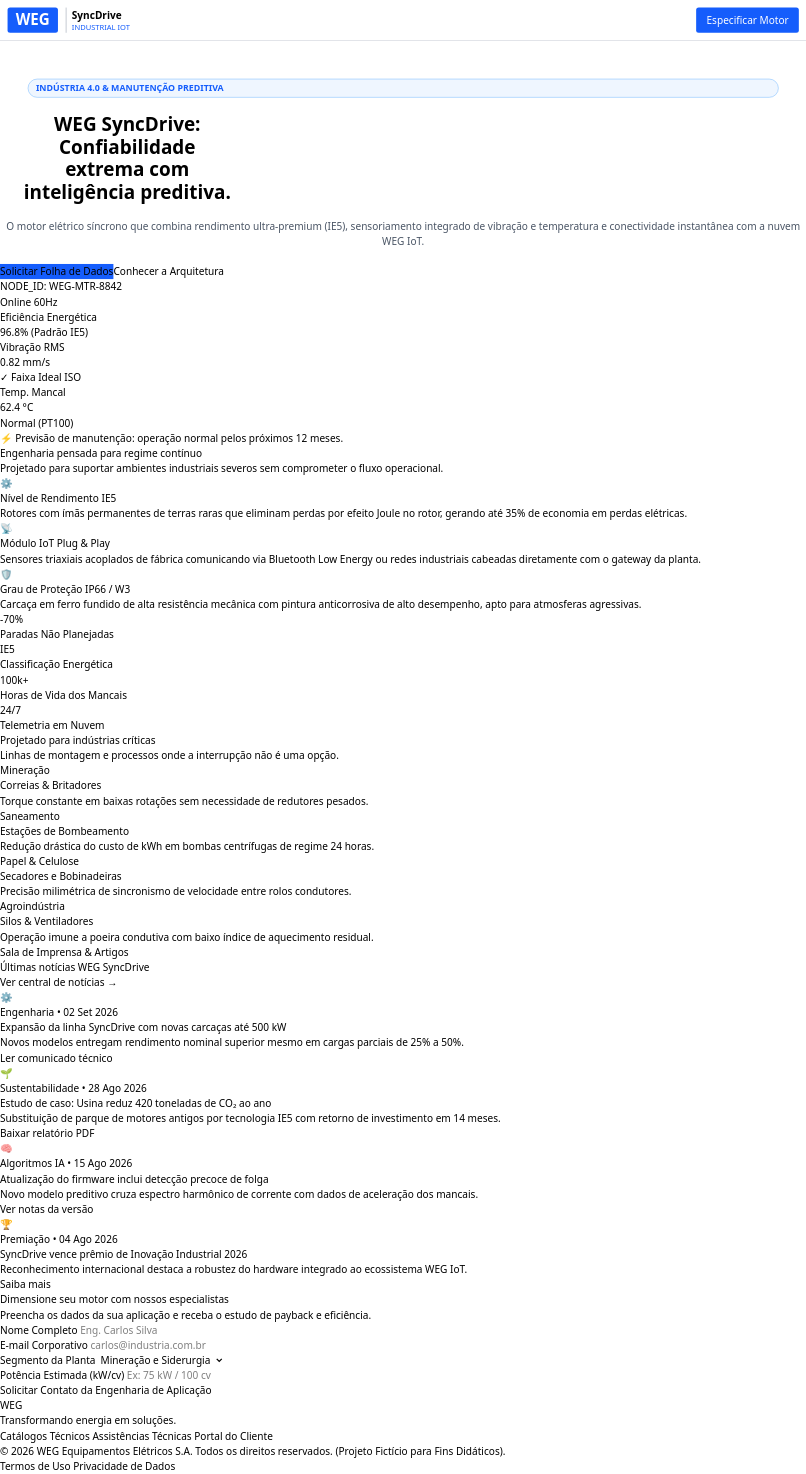
Repository: camilewng/Exercicio-Tailwind
Page: index.html
These files come from the project's save history. The page is drawn as it stood at one moment and after the next save; the edit follows.
The browser window is 1280 px wide. The pictures show the whole page, at 63% of full size.

Above is the page before, as saved 2026-09-08 19:30:28.

After the next save:
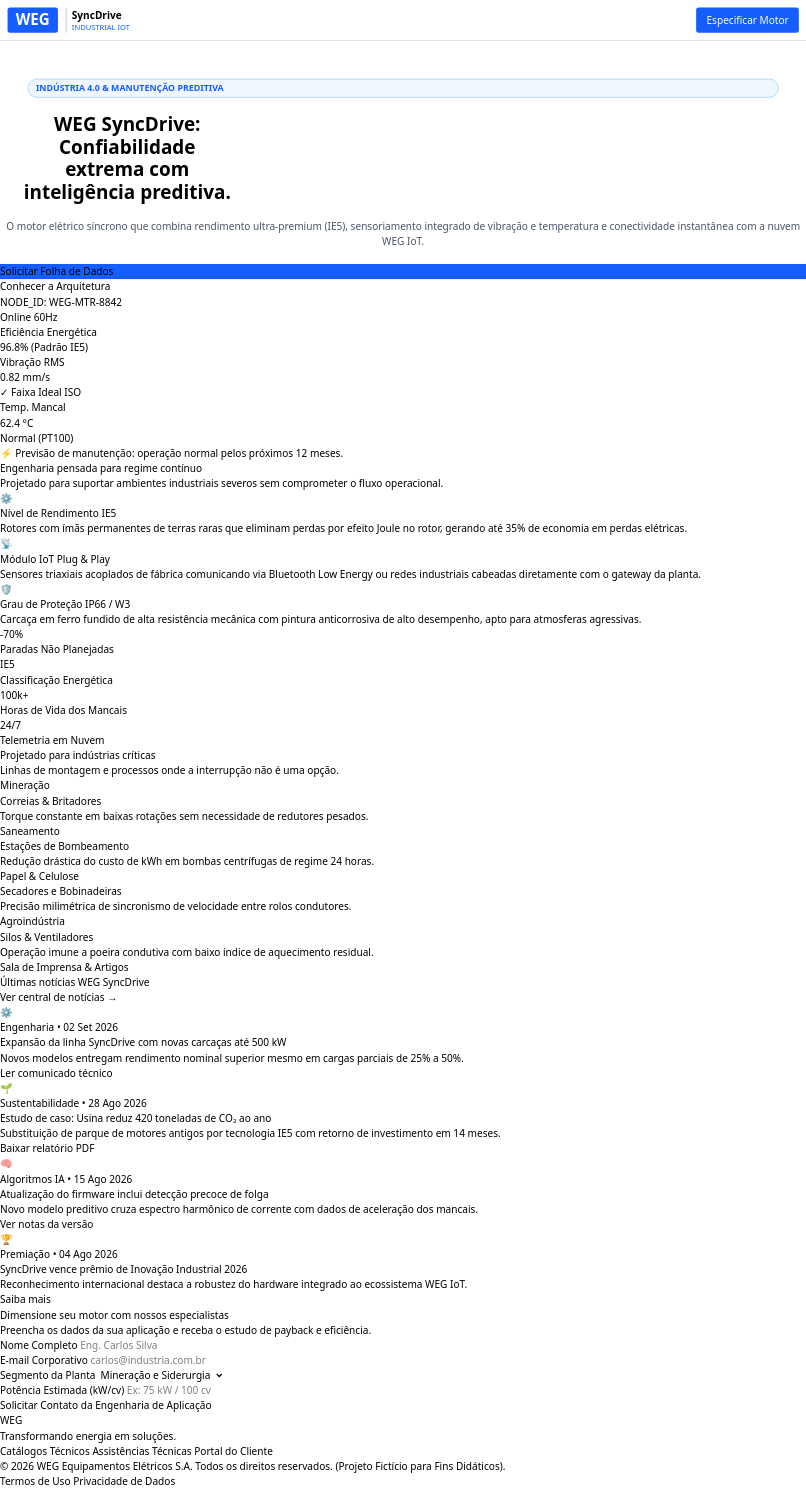
Saved 4 s later.
--- a/index.html
+++ b/index.html
@@ -66,7 +66,7 @@
             <p class="text-gray-600 text-center mx-2 mb-6">
               O motor elétrico síncrono que combina rendimento ultra-premium (IE5), sensoriamento integrado de vibração e temperatura e conectividade instantânea com a nuvem WEG IoT.
             </p>
-            <div class="flex ">
+            <div class="flex flex-col">
               <a href="#contato" class="bg-blue-600 ">
                 Solicitar Folha de Dados
               </a>
